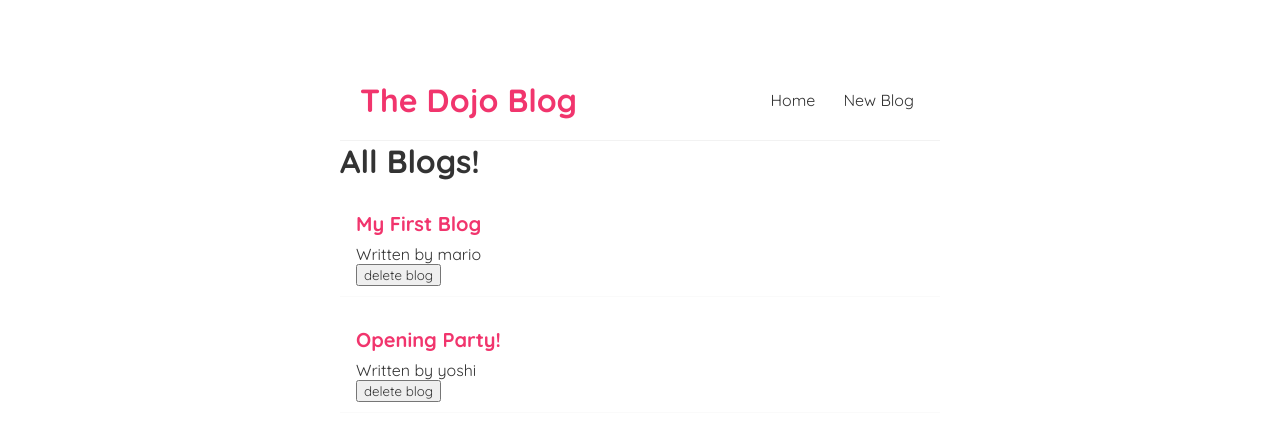
Repository: DESTINYAS/Reactjs
Page: /
The author's editor kept a copy of each file at every save. The page is drawn from the files as they stood at one save, then again after the next save.
The browser window is 1280 px wide. The pictures show the whole page.
The project was rebuilt for these pictures with package versions that can differ from the ones it lists, and the page was loaded fresh each time. Requests to the local data server were answered from the project's data file.

Above is the page before, as saved 2022-11-29 23:29:29.

### src/index.css
@import url("https://fonts.googleapis.com/css2?family=Quicksand:wght@300;400;500;600;700&display=swap");
/* base styles */
* {
  margin: 0;
  font-family: "Quicksand";
  color: #333;
}
.navbar {
  padding: 20px;
  display: flex;
  align-items: center;
  max-width: 600px;
  margin: 0 auto;
  border-bottom: 1px solid #f2f2f2;
}
.navbar h1 {
  color: #f1356d;
}
.navbar .links {
  margin-left: auto;
}
.navbar a {
  margin-left: 16px;
  text-decoration: none;
  padding: 6px;
}
.navbar a:hover {
  color: #f1356d;
}
.content {
  max-width: 600px;
  margin: 40px auto;
  padding: 20px;
}

/* blog previews / list */
.blog-preview {
  padding: 10px 16px;
  margin: 20px 0;
  border-bottom: 1px solid #fafafa;
}
.blog-preview:hover {
  box-shadow: 1px 3px 5px rgba(0, 0, 0, 0.1);
}
.blog-preview h1 {
  font-size: 20px;
  color: #f1356d;
  margin-bottom: 8px;
}

### src/App.js
import Navbar from "./Navbar";
import Home from "./Home";

function App() {
  return (
    <div className="App">
      <div className="content">
        <Navbar />
        <Home />
      </div>
    </div>
  );
}

export default App;

### src/Navbar.js
const Navbar = () => {
  return (
    <div className="navbar">
      <h1>The Dojo Blog</h1>
      <div className="links">
        <a href="/">Home</a>
        <a href="/create">New Blog</a>
      </div>
    </div>
  );
};

export default Navbar;

### src/Home.js
import { useState, useEffect } from "react";
import BlogList from "./BlogList";

const Home = () => {
  const [blogs, setBlogs] = useState(null);

  useEffect(() => {
    fetch("http://localhost:8000/blogs")
      .then((res) => {
        return res.json();
      })
      .then((data) => {
        setBlogs(data);
      });
  }, []);
  return (
    <div className="home">
      {blogs && <BlogList blogs={blogs} title="All Blogs!" />}
    </div>
  );
};

export default Home;

### src/BlogList.js
const BlogList = ({ blogs, title, handleDelete }) => {
  // const blogs = props.blogs;
  // const title = props.title;
  return (
    <div className="blog-list">
      <h1>{title}</h1>
      {blogs.map((blog) => (
        <div className="blog-preview" key={blog.id}>
          <h1>{blog.title}</h1>
          <p>Written by {blog.author}</p>
          <button onClick={() => handleDelete(blog.id)}>delete blog</button>
        </div>
      ))}
    </div>
  );
};

export default BlogList;

Loaded but not shown: public/index.html (common file); src/index.js (common file); data/db.json (common file)

After the next save:
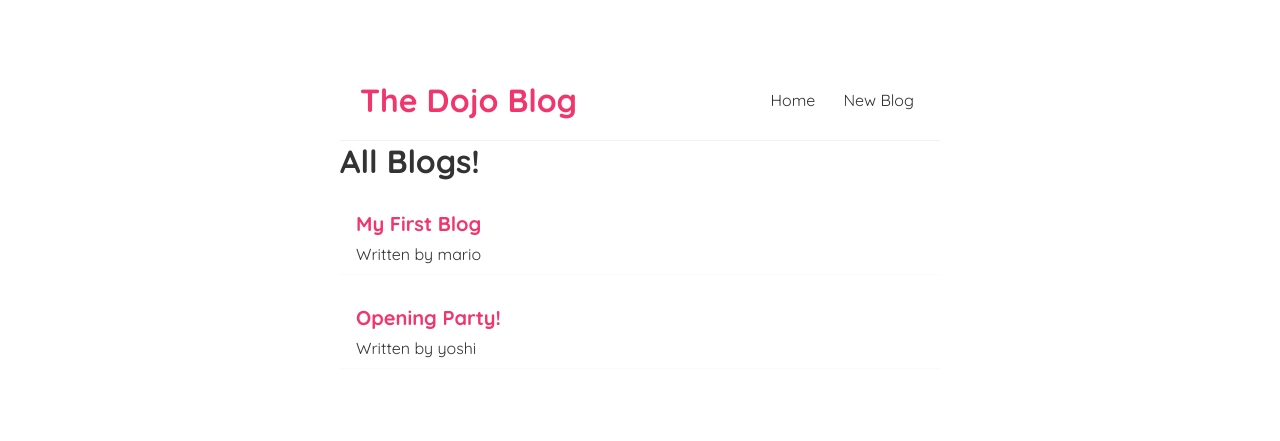
Saved 39 s later.
--- a/src/BlogList.js
+++ b/src/BlogList.js
@@ -1,6 +1,4 @@
-const BlogList = ({ blogs, title, handleDelete }) => {
-  // const blogs = props.blogs;
-  // const title = props.title;
+const BlogList = ({ blogs, title }) => {
   return (
     <div className="blog-list">
       <h1>{title}</h1>
@@ -8,7 +6,6 @@ const BlogList = ({ blogs, title, handleDelete }) => {
         <div className="blog-preview" key={blog.id}>
           <h1>{blog.title}</h1>
           <p>Written by {blog.author}</p>
-          <button onClick={() => handleDelete(blog.id)}>delete blog</button>
         </div>
       ))}
     </div>
